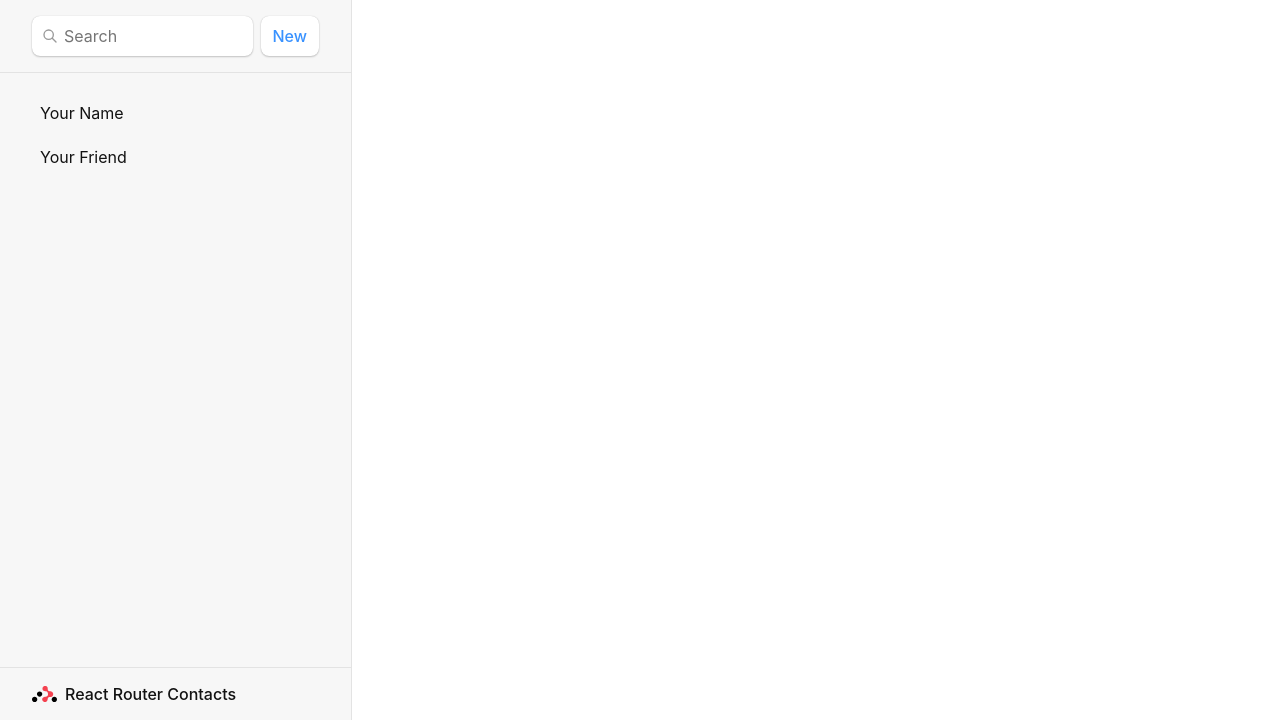
Repository: darccelio/react-pma
Page: /user
An editor plug-in stored every save of this project. The page is shown before and after the next save, followed by the edit.
The browser window is 1280 px wide. The pictures show the whole page.
The page's requests for data from a server got no answer. The project was rebuilt for these pictures with package versions that can differ from the ones it lists, and the page was loaded fresh each time. No one was signed in, and anything a server would have sent is missing. Also part of the build but not shown: vite.config.js, src/route/error-page.jsx, src/route/index.jsx, src/route/activity.jsx, src/services/category-service.js, src/route/category.jsx.

Above is the page before, as saved 2024-07-10 01:48:30.

After the next save:
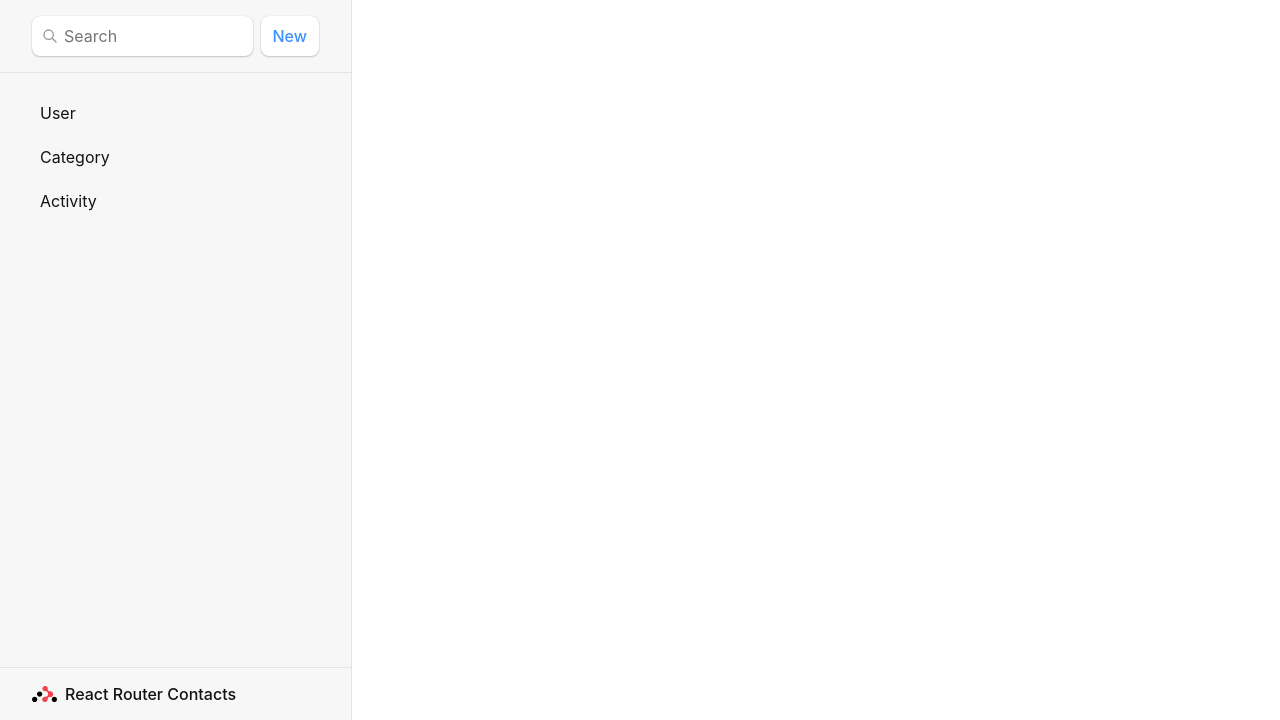
Saved 11 h 35 min later.
--- a/src/route/root.jsx
+++ b/src/route/root.jsx
@@ -31,10 +31,13 @@ export default function Root() {
         <nav>
           <ul>
             <li>
-              <a href={`/contacts/1`}>Your Name</a>
+              <a href={`/contacts/1`}>User</a>
             </li>
             <li>
-              <a href={`/contacts/2`}>Your Friend</a>
+              <a href={`/contacts/2`}>Category</a>
+            </li>
+            <li>
+              <a href={`/contacts/2`}>Activity</a>
             </li>
           </ul>
         </nav>
